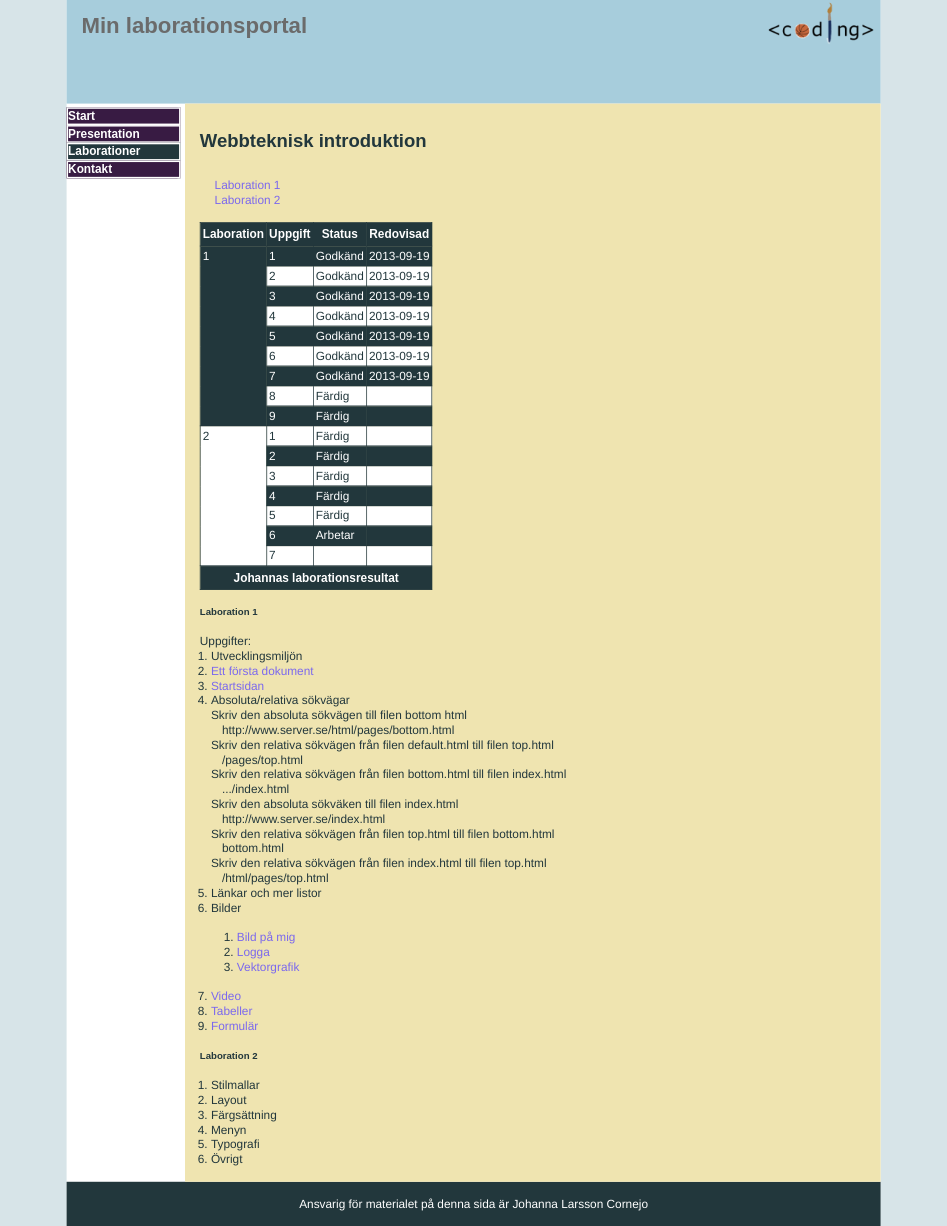
Repository: jc222fi/1ik415-laborationer
Page: pages/laborationer.html
The author's editor kept a record of every edit. The page is drawn from the files as they stood at one moment, then again after the next edit.
The browser window is 1280 px wide. The pictures show the whole page, at 74% of full size.

Above is the page before.

### pages/laborationer.html
<!doctype html>
<html>
    <head>
        <meta charset="utf-8" />
        <title>Laborationer</title>
        <link rel="stylesheet" href="../css/style.css" />
    </head>
    <body>
    <div id="container">
        <div id="header">
            <header>
                <h1 id="laborationer">Min laborationsportal</h1>
            </header>
        </div>
        <div id="nav">
            <ul>
                <li><a href="../index.html">Start</a></li>
                <li><a href="presentation.html">Presentation</a></li>
                <li><a href="#laborationer" class="active">Laborationer</a></li>
                <li><a href="kontakt.html">Kontakt</a></li>
            </ul>
        </div>
        <div id="content">
        <h2>Webbteknisk introduktion</h2>
        <ul class="laborationer">
            <li><a href="#lab1">Laboration 1</a></li>
            <li><a href="#lab2">Laboration 2</a></li>
        </ul>
        <table>
            <thead id="table">
                <tr>
                    <th>Laboration</th>
                    <th>Uppgift</th>
                    <th>Status</th>
                    <th>Redovisad</th>
                </tr>
            </thead>
            <tfoot>
                <td colspan="4">Johannas laborationsresultat</td>
            </tfoot>
            <tbody>
                <tr>
                    <td rowspan="9">1</td>
                    <td>1</td>
                    <td>Godkänd</td>
                    <td>2013-09-19</td>
                </tr>
                <tr>
                    <td>2</td>
                    <td>Godkänd</td>
                    <td>2013-09-19</td>
                </tr>
                <tr>
                    <td>3</td>
                    <td>Godkänd</td>
                    <td>2013-09-19</td>
                </tr>
                <tr>
                    <td>4</td>
                    <td>Godkänd</td>
                    <td>2013-09-19</td>
                </tr>
                <tr>
                    <td>5</td>
                    <td>Godkänd</td>
                    <td>2013-09-19</td>
                </tr>
                <tr>
                    <td>6</td>
                    <td>Godkänd</td>
                    <td>2013-09-19</td>
                </tr>
                <tr>
                    <td>7</td>
                    <td>Godkänd</td>
                    <td>2013-09-19</td>
                </tr>
                <tr>
                    <td>8</td>
                    <td>Färdig</td>
                    <td></td>
                </tr>
                <tr>
                    <td>9</td>
                    <td>Färdig</td>
                    <td></td>
                </tr>
                <tr>
                    <td rowspan="7">2</td>
                    <td>1</td>
                    <td>Färdig</td>
                    <td></td>
                </tr>
                <tr>
                    <td>2</td>
                    <td>Färdig</td>
                    <td></td>
                </tr>
                <tr>
                    <td>3</td>
                    <td>Färdig</td>
                    <td></td>
                </tr>
                <tr>
                    <td>4</td>
                    <td>Färdig</td>
                    <td></td>
                </tr>
                <tr>
                    <td>5</td>
                    <td>Färdig</td>
                    <td></td>
                </tr>
                <tr>
                    <td>6</td>
                    <td>Arbetar</td>
                    <td></td>
                </tr>
                <tr>
                    <td>7</td>
                    <td></td>
                    <td></td>
                </tr>
            </tbody>
        </table>
        <h3 id="lab1">Laboration 1</h3>
        <p>Uppgifter:</p>
        <ol>
            <li>Utvecklingsmiljön</li>
            <li><a href="presentation.html">Ett första dokument</a></li>
            <li><a href="../index.html">Startsidan</a></li>
            <li><dl>Absoluta/relativa sökvägar
                    <dt>Skriv den absoluta sökvägen till filen bottom html</dt>
                    <dd>http://www.server.se/html/pages/bottom.html</dd>
                    <dt>Skriv den relativa sökvägen från filen default.html till filen top.html</dt>
                    <dd>/pages/top.html</dd>
                    <dt>Skriv den relativa sökvägen från filen bottom.html till filen index.html</dt>
                    <dd>.../index.html</dd>
                    <dt>Skriv den absoluta sökväken till filen index.html</dt>
                    <dd>http://www.server.se/index.html</dd>
                    <dt>Skriv den relativa sökvägen från filen top.html till filen bottom.html</dt>
                    <dd>bottom.html</dd>
                    <dt>Skriv den relativa sökvägen från filen index.html till filen top.html</dt>
                    <dd>/html/pages/top.html</dd>
                </dl></li>
            <li>Länkar och mer listor</li>
            <li>Bilder
                <ul class="laborationer">
                    <li><a href="presentation.html#jag.jpg">Bild på mig</a></li>
                    <li><a href="../pics/logo.png">Logga</a></li>
                    <li><a href="../index.html#vektorbild">Vektorgrafik</a></li>
                </ul>
            </li>

            <li><a href="../index.html#video">Video</a></li>
            <li><a href="#tabell">Tabeller</a></li>
            <li><a href="kontakt.html">Formulär</a></li>
        </ol>
        <h3 id="lab2">Laboration 2</h3>
        <ol>
            <li>Stilmallar</li>
            <li>Layout</li>
            <li>Färgsättning</li>
            <li>Menyn</li>
            <li>Typografi</li>
            <li>Övrigt</li>
        </ol>
        </div>
        <div id="footer">
            <footer>
                <p>Ansvarig för materialet på denna sida är Johanna Larsson Cornejo</p>
            </footer>
        </div>
    </div>
    </body>
</html>

### css/style.css
/* http://meyerweb.com/eric/tools/css/reset/
   v2.0 | 20110126
   License: none (public domain)
*/

html, body, div, span, applet, object, iframe,
h1, h2, h3, h4, h5, h6, p, blockquote, pre,
a, abbr, acronym, address, big, cite, code,
del, dfn, em, img, ins, kbd, q, s, samp,
small, strike, strong, sub, sup, tt, var,
b, u, i, center,
dl, dt, dd, ol, ul, li,
fieldset, form, label, legend,
table, caption, tbody, tfoot, thead, tr, th, td,
article, aside, canvas, details, embed,
figure, figcaption, footer, header, hgroup,
menu, nav, output, ruby, section, summary,
time, mark, audio, video {
	margin: 0;
	padding: 0;
	border: 0;
	font-size: 100%;
	font: inherit;
	vertical-align: baseline;
}

/*Layout*/
#container{
	max-width:1100px;
	margin:0 auto;
}
#header{
	max-width:1098;
	height:100px;
}
#nav{
	float:left;
	width:150px;
	margin-top:5px;
}
#content{
	float:right;
	width:900px;
}
#footer{
	clear:both;
	padding:20px;
}

/*
Background body:#D7E4E8
Background container: #FFFFFF
Background header: #A7CDDC
Background nav: #381B43
Background content: #EFE4B0
Background footer:#22373C
Text colour: #22373C
*/

body{
	background-color:#D7E4E8;

}
#container{
	background-color:#FFFFFF;
}
#header{
	background-color:#A7CDDC;
	color:#6B6B6B;
	background-image:url("pics/logo.png");
	background-position:right top;
	background-repeat:no-repeat;
	font-family:Arial, Gadget, sans-serif;
	font-size:30px;
	font-weight:bolder;
	padding:20px;
}
	#header img{
		float:right;
		}
	/*h1{
		color:#6B6B6B;
		font-family:Arial, Gadget, sans-serif;
		font-size:30px;
		font-weight:bolder;
		padding-bottom:20px;
	}*/
#nav{
	background-color:#381B43;
}
	#nav a{
		display:block;
		width:150px;
		border:2px solid white;
		color:white;
	}
		/*Länkar i menyn*/
		#nav a:link{background-color:#381B43; text-decoration:none;}
		#nav a:visited{background-color:#7F7F7F;text-decoration:none;}
		#nav a:focus{background-color:white;text-decoration:underline;color:black;}
		#nav a:hover{background-color:white;text-decoration:underline;color:black;}
		#nav a.active{background-color:#22373C;text-decoration:none;}
		#nav li{
		   font-family:Arial, Gadget, sans-serif;
			font-weight:bolder;
		}

#content{
	padding:20px;
	background-color:#EFE4B0;
	color:#22373C;
}
	/*Text och stil på mina rubriker*/
	h2, h3, h4, legend{
		font-family:Arial, Gadget, sans-serif;
		font-weight:bold;
		line-height:60px;
	}
		h2{
			font-size:25px;
		}
		h3, h4{
			font-size:small;
		}
	/*Mer övergripande text och stil*/
	#strong, p, li, table, dl, form{
		font-family:Helvetica, Verdana, sans-serif;
		line-height:20px;
	}
	#strong{
		font-style:italic;
	}

		font-style:italic;}
	/*Överskrift och signatur på mina blogginlägg*/
	.post, p em{
		font-family:"Comic Sans MS", cursive, sans-serif;
	}
		/*Bild lånad från http://www.skolbilder.com/Malarbild-blaeckpenna-i19373.html som uttryckligen
		säger att samtliga bilder får användas i privat, edukativt, icke-kommersiellt syfte*/
		#content h2.post{
			background-image:url("pics/bleckpenna.png");
			background-position:left top;
			background-repeat:no-repeat;
			text-indent:50px;
		}
	/*Signatur på mina blogginlägg*/
	p em{
		font-style:italic;
		color:#8B4513;
	}
	/*Tabell*/
	table, th, td{
		border:1px solid #22373C;
		padding:3px;
	}
	thead, tfoot{
		font-family:Arial, Gadget, sans-serif;
		font-weight:bold;
		line-height:25px;
		text-align:center;
	}
		tr:nth-of-type(odd){
			background-color:#22373C;
			color:white;
		}
		tr:nth-of-type(even){
			background-color:white;
		}
	/*Övriga länkar som inte är del av menyn*/
	#content a:link{color:#7B68EE; text-decoration:none;}
	#content a:visited{color:#8B0000; text-decoration:none;}
	#content a:focus{color:#778899; text-decoration:underline;}
	#content a:hover{color:#778899; text-decoration:underline;}
	#content a:active{color:white; text-decoration:none;}
	/*Formulär*/
	fieldset{
		border:1px solid #22373C;
		padding:10px;
		width:600px;
	}
	legend{
		padding:2px;
	}
	.label{
   	display: inline-block;
   	width: 170px;
   	text-align: left;
   	margin-right: 10px;
	}
	/*Listor exklusive menyn*/
	#content ul{
		padding:20px;
		list-style-type:circle;
	}
	#content dd{
		text-indent:15px;
	}
	#content .laborationer{
		list-style-type:none;
	}
	ol li{
		margin-left:15px;
		list-style-type:decimal;
	}

#footer{
	background-color:#22373C;
	color:#FFFFFF;
	text-align:center;
}


/* HTML5 display-role reset for older browsers */
article, aside, details, figcaption, figure,
footer, header, hgroup, menu, nav, section {
	display: block;
}
body {
	line-height: 1;
}
ol, ul {
	list-style: none;
}
blockquote, q {
	quotes: none;
}
blockquote:before, blockquote:after,
q:before, q:after {
	content: '';
	content: none;
}
table {
	border-collapse: collapse;
	border-spacing: 0;
}

After the next edit:
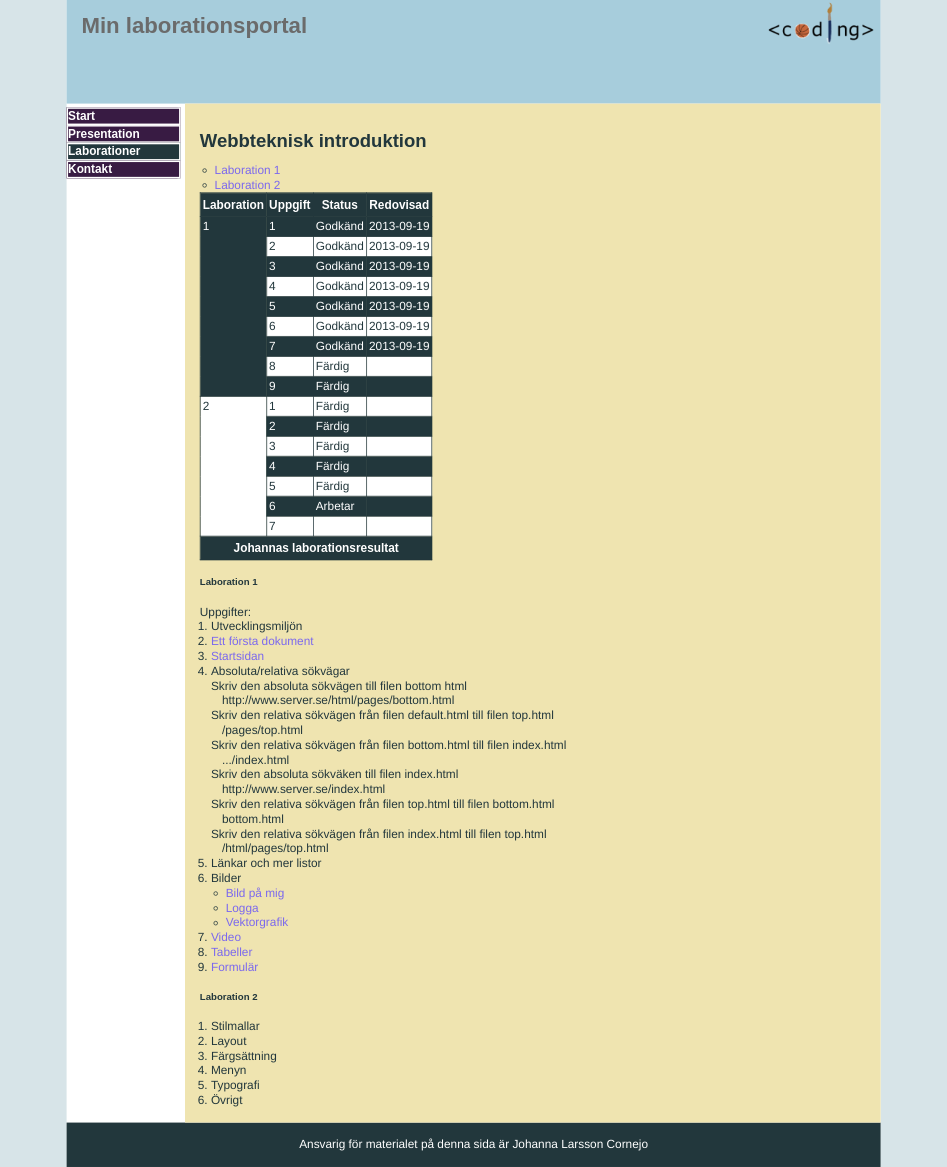
The edit:
--- a/css/style.css
+++ b/css/style.css
@@ -189,8 +189,8 @@
    	margin-right: 10px;
 	}
 	/*Listor exklusive menyn*/
-	#content ul{
-		padding:20px;
+	#content ul li{
+		margin-left:20px;
 		list-style-type:circle;
 	}
 	#content dd{
